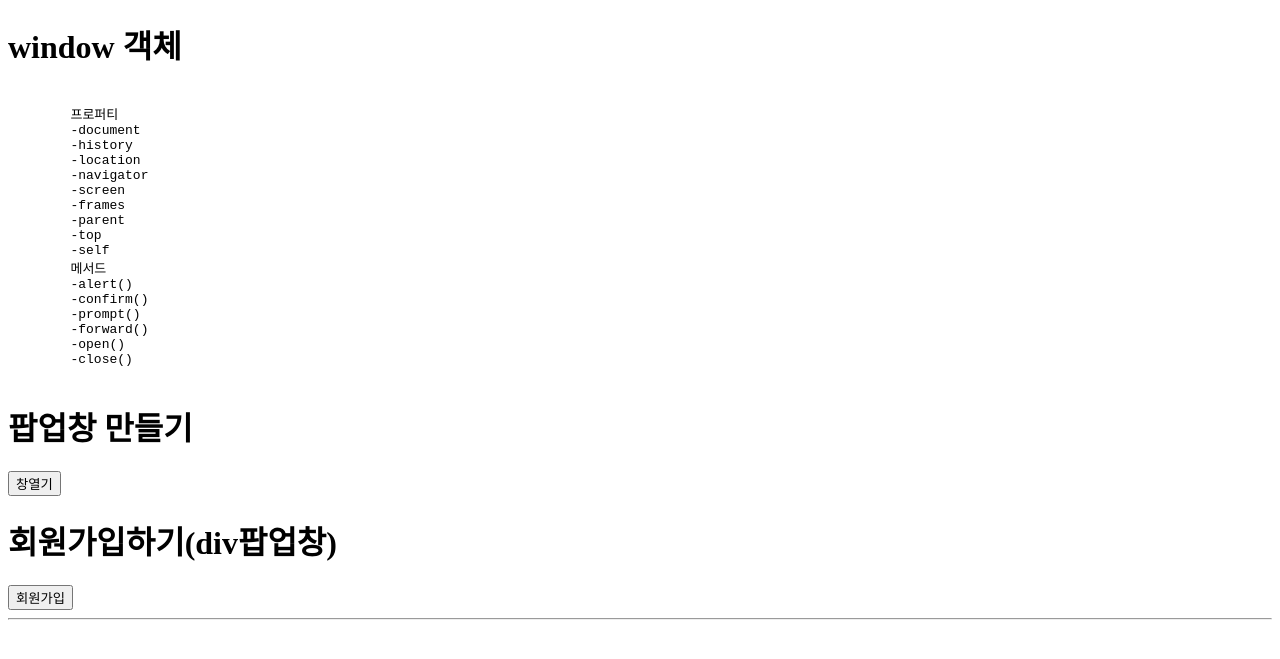
Repository: leedh909/Academy-web-
Page: 실습자료/JS(eclipse)/eclipse-js/JavaScript/WebContent/js13_window01.html
An editor plug-in stored every save of this project. The page is shown before and after the next save, followed by the edit.
The browser window is 1280 px wide. The pictures show the whole page.
After loading, the first visible `button[onclick="registForm();"]` was clicked once.

Above is the page before, as saved 2020-06-15 04:30:50.

### 실습자료/JS(eclipse)/eclipse-js/JavaScript/WebContent/js13_window01.html
<!DOCTYPE html>
<html>
<head>
<meta charset="UTF-8">
<title>Insert title here</title>
<style type="text/css">
	#regist{
		border: 1px solid black;
		background: pink;
		position: absolute;
		top: 200px;
		left: 500px;
		display: none;
	}
</style>
<script type="text/javascript">
	function openWin() {
		var url ="js13_window02.html";
		var title ="";
		var prop ="top =200px, left=600px, width=500px, height=500px, resizable=no";
		window.open(url,title,prop);

	}
	function registForm() {

	}
</script>
</head>
<body>
	<h1>window 객체</h1>
	<!-- 브라우저 내장 객체이다. -->
	<pre>
	프로퍼티
	-document
	-history
	-location
	-navigator
	-screen
	-frames
	-parent
	-top
	-self
	메서드
	-alert()
	-confirm()
	-prompt()
	-forward()
	-open()
	-close()
	</pre>

	<div id="f1">
		<h1>팝업창 만들기</h1>
		<button onclick="openWin();" name="btn">창열기</button>
		<div id="tt"></div>
		<h1>회원가입하기(div팝업창)</h1>
		<button onclick="registForm();">회원가입</button>

	</div>
	<hr>

	<!--  -->
	<div id="regist">
		<form>
			<table>
				<caption>회원가입</caption>
				<tr>
					<td>ID</td>
					<td><input type="text" name="id" onclick="idchk();">
					<input type="button" value="중복체크" onclick="idCheck();"></td>
				</tr>
				<tr>
					<td>PW</td>
					<td><input type="password" name="pwd" style="color:red;"></td>
				</tr>
				<tr>
					<td colspan="2" align="center">
						<input type="button" value="확인" onclick="closeWind();">
					</td>
				</tr>
			</table>
		</form>
	</div>


</body>
</html>

After the next save:
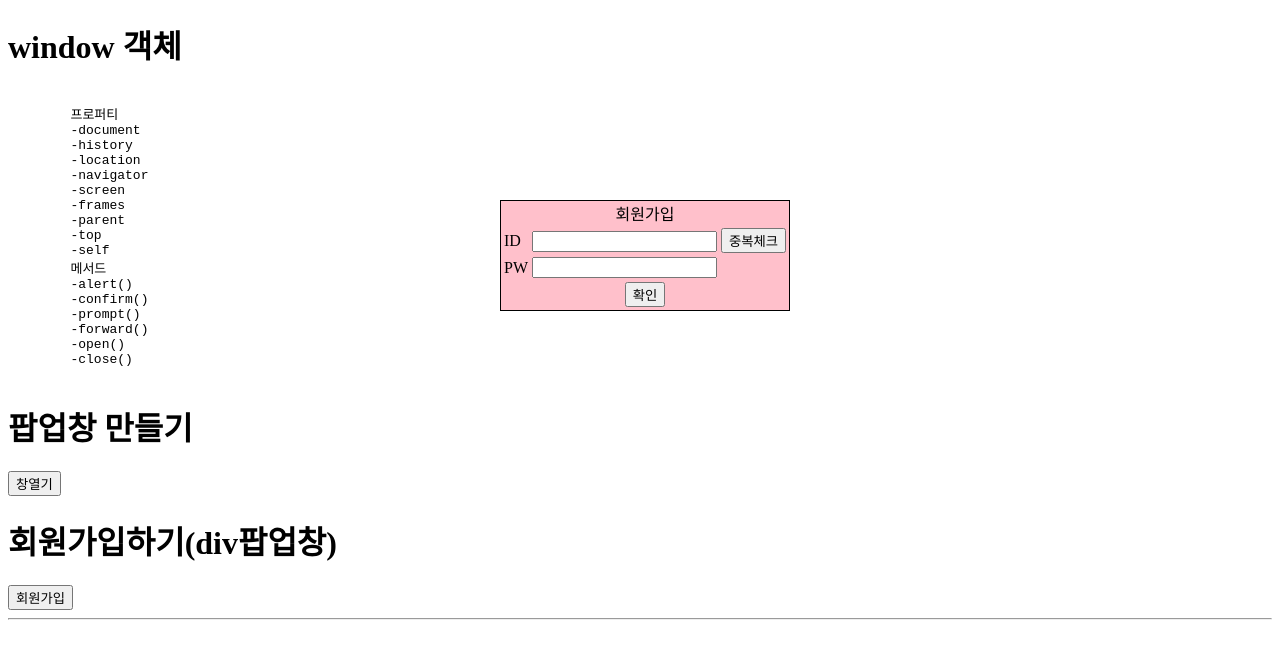
Saved 41 s later.
--- a/실습자료/JS(eclipse)/eclipse-js/JavaScript/WebContent/js13_window01.html
+++ b/실습자료/JS(eclipse)/eclipse-js/JavaScript/WebContent/js13_window01.html
@@ -22,6 +22,7 @@
 
 	}
 	function registForm() {
+		document.getElementById("regist").style.display = "block";
 
 	}
 </script>
